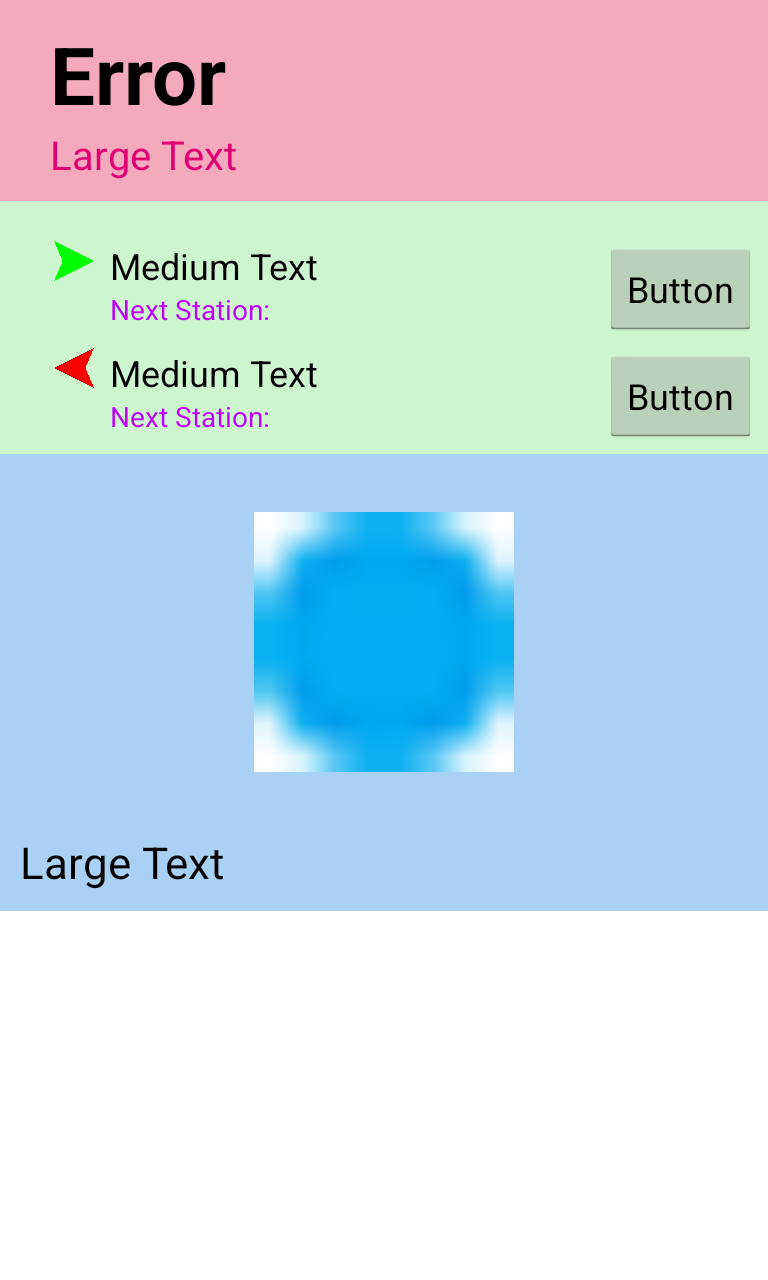
Repository: patheon17/myrepo2
Layout: workspace/UMBusTracking/res/layout/single_list_item_view.xml
The author's editor kept a copy of each file at every save. The layout is drawn from the files as they stood at one save, then again after the next save.
It is drawn on a 768 x 1280 px phone screen (xhdpi) without system bars, with theme AppTheme; the app's code is not run.

Above is the layout before, as saved 2013-10-03 18:59:23.

After the next save:
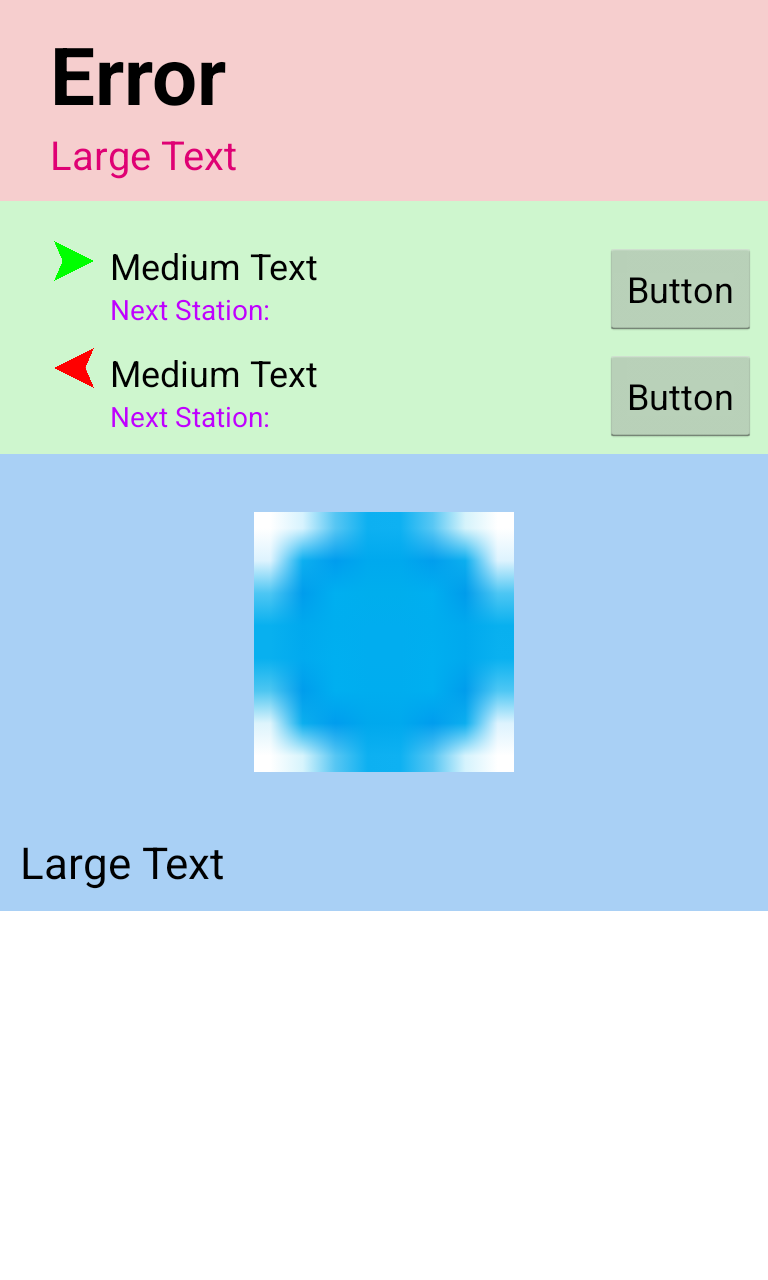
Saved 30 s later.
--- a/workspace/UMBusTracking/res/layout/single_list_item_view.xml
+++ b/workspace/UMBusTracking/res/layout/single_list_item_view.xml
@@ -13,7 +13,7 @@
         android:id="@+id/div2"
         android:layout_width="match_parent"
         android:layout_height="wrap_content"
-        android:background="#F5A9BC"
+        android:background="#F6CECE"
         android:padding="10sp">
 
     <TextView
